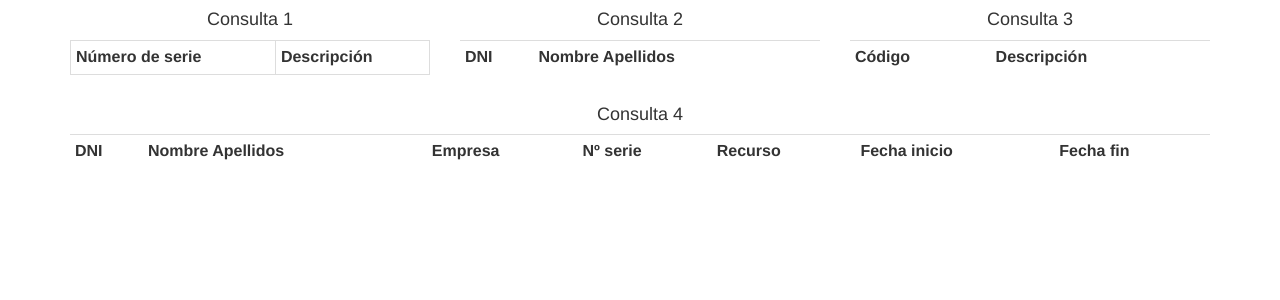
Repository: Myugen/EjercicioPHP
Page: http://localhost/Ejercicio2/index.php
An editor plug-in stored every save of this project. The page is shown before and after the next save, followed by the edit.
The browser window is 1280 px wide. The pictures show the whole page.
Some web libraries are served in a nearby version. The page is run by PHP 8.4 with error messages shown; the project is at /var/www/html/. Queries for data that is not in the repository find no rows.

Above is the page before, as saved 2015-11-18 19:13:03.

After the next save:
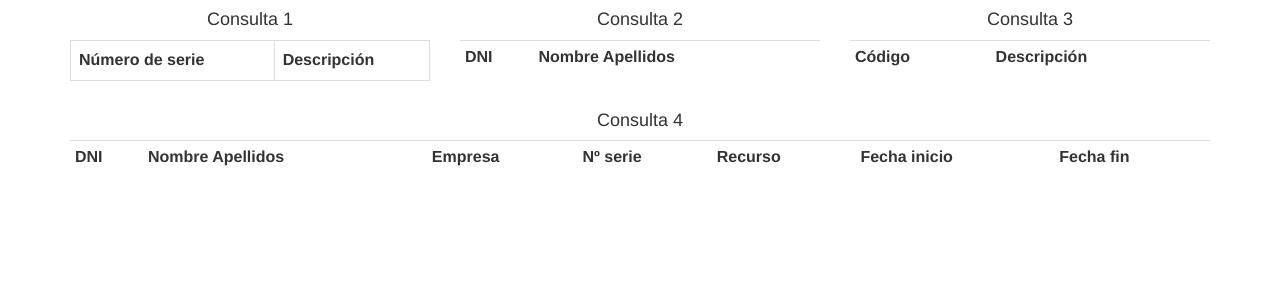
Saved 36 s later.
--- a/Actividades5-2/Ejercicio2/index.php
+++ b/Actividades5-2/Ejercicio2/index.php
@@ -25,7 +25,7 @@
 					                        FROM tiempo_uso as t
 					                        WHERE r.numserie = t.numserie)";
 			if($resultado = $conexion->query($consulta1)) {
-				echo "<table class='table table-condensed table-bordered'>";
+				echo "<table class='table table-bordered'>";
 				echo "<tr><th>Número de serie</th><th>Descripción</th></tr>";
 				while($row = $resultado->fetch_row()){
 					echo "<tr><td>" . utf8_encode($row[0]) . "</td><td>" . utf8_encode($row[1]) . "</td></tr>";

After the save that followed:
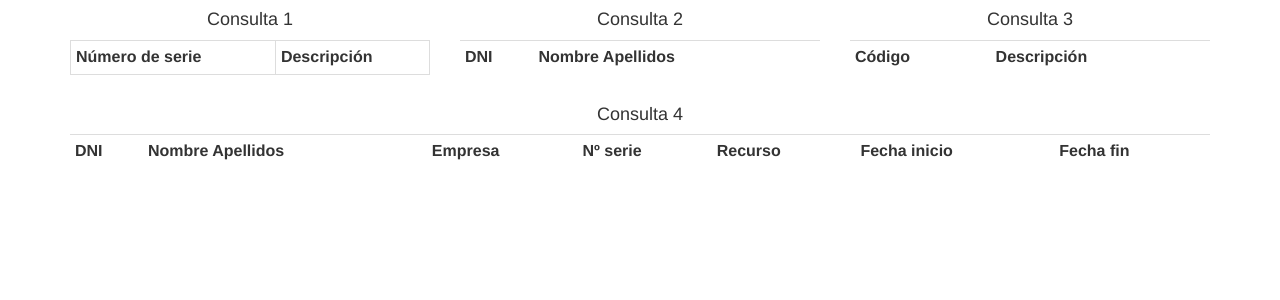
Saved 15 s later.
--- a/Actividades5-2/Ejercicio2/index.php
+++ b/Actividades5-2/Ejercicio2/index.php
@@ -25,7 +25,7 @@
 					                        FROM tiempo_uso as t
 					                        WHERE r.numserie = t.numserie)";
 			if($resultado = $conexion->query($consulta1)) {
-				echo "<table class='table table-bordered'>";
+				echo "<table class='table table-condensed table-bordered'>";
 				echo "<tr><th>Número de serie</th><th>Descripción</th></tr>";
 				while($row = $resultado->fetch_row()){
 					echo "<tr><td>" . utf8_encode($row[0]) . "</td><td>" . utf8_encode($row[1]) . "</td></tr>";
